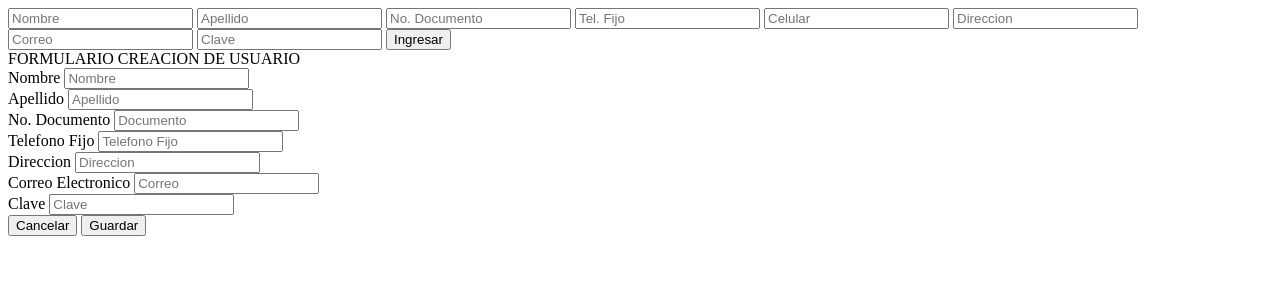
Repository: DA5CH25/kohaku_php
Page: http://localhost/kohaku_php/views/modules/ingresar.php
An editor plug-in stored every save of this project. The page is shown before and after a run of saves, followed by the edit.
The browser window is 1280 px wide. The pictures show the whole page.
The page is run by PHP 8.4 with error messages shown; the project is at /var/www/html/.

Above is the page before, as saved 2021-05-16 19:42:55.

After the next 2 saves:
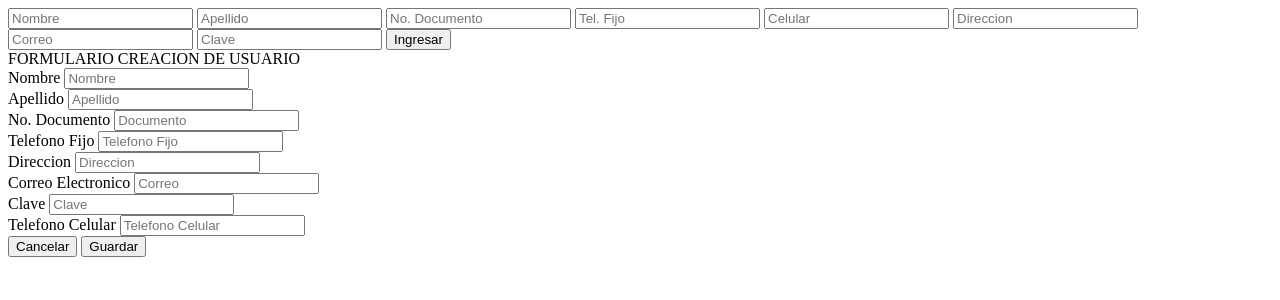
The 2 saves are shown as one change because they came seconds apart.
The last was saved 10 s later.
--- a/views/modules/ingresar.php
+++ b/views/modules/ingresar.php
@@ -57,6 +57,10 @@
 												<label for="sTate">Clave</label>
 												<input type="text" class="form-control" id="sTate" placeholder="Clave">
 											</div>
+											<div class="form-group">
+												<label for="website">Telefono Celular</label>
+												<input type="url" class="form-control" id="website" placeholder="Telefono Celular">
+											</div>
 											</div>
 										<div class="col-xl-12 col-lg-12 col-md-12 col-sm-12 col-12">
 											<div class="text-right">
